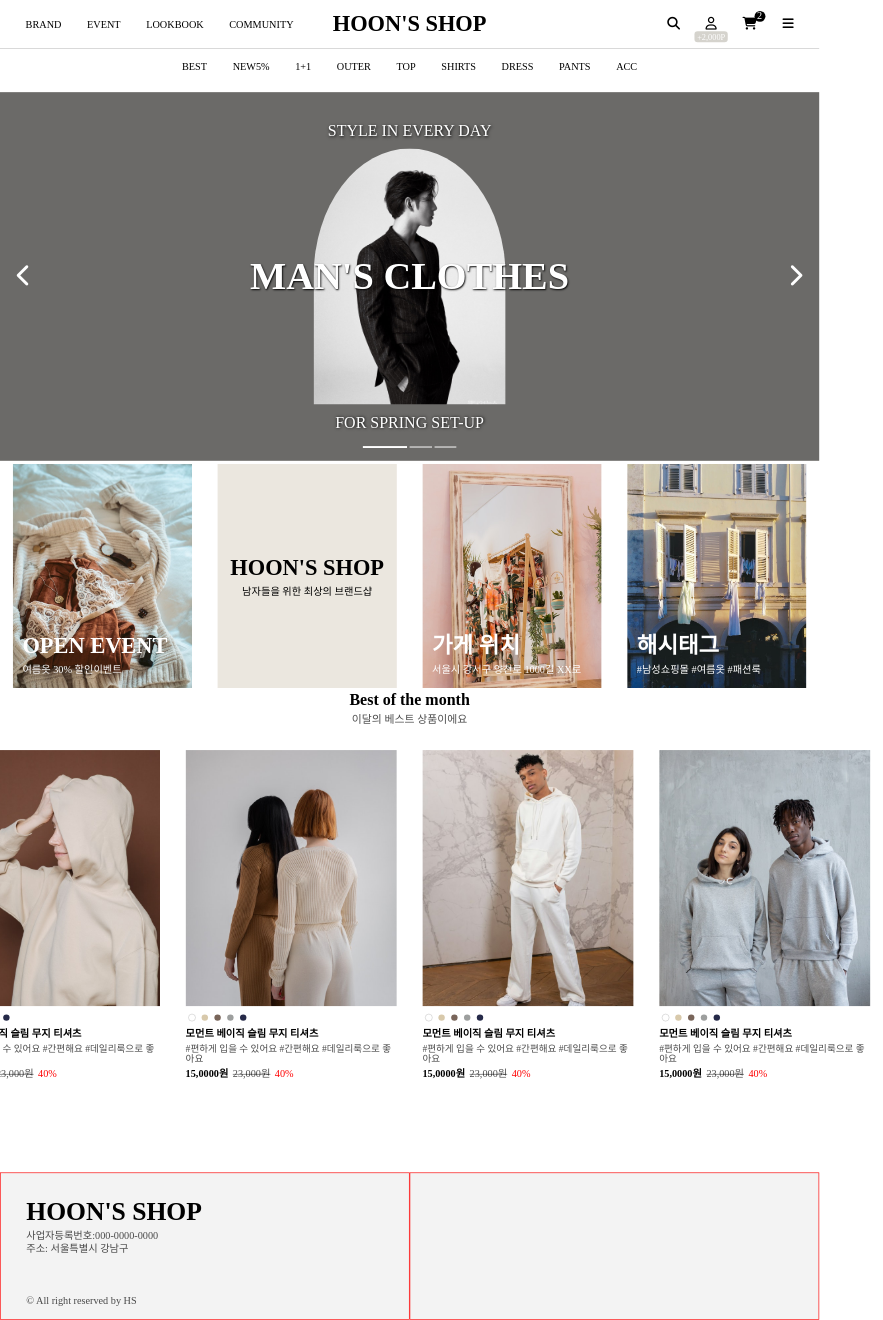
Repository: Iimchaehoon/cafeProject
Page: src/index.html
The author's editor kept a copy of each file at every save. The page is drawn from the files as they stood at one save, then again after the next save.
The browser window is 1280 px wide. The page is 1380 px wide, so the pictures cover 1380 px, including what lies to the right of the window. The pictures show the whole page, at 64% of full size.
Some web fonts or font styles are not loaded; a fallback is used. Some web libraries are served in a nearby version.

Above is the page before, as saved 2024-07-24 23:29:40.

### src/index.html
<!DOCTYPE html>
<html lang="en">
  <head>
    <meta charset="UTF-8" />
    <meta name="viewport" content="width=device-width, initial-scale=1.0" />
    <link rel="shortcut icon" href="/assets/cafefav.png" type="image/x-icon" />

    <link rel="stylesheet" href="/src/css/pages/main.css" />
    <title>cafe24_clone</title>
    <script
      src="https://kit.fontawesome.com/1e606f2a97.js"
      crossorigin="anonymous"
    ></script>
  </head>
  <body>
    <!--header-->
    <header class="header">
      <div class="header__top">
        <nav class="header__nav-box">
          <ul class="header__list-box">
            <li class="header__content">BRAND</li>
            <li class="header__content">EVENT</li>
            <li class="header__content">LOOKBOOK</li>
            <li class="header__content">COMMUNITY</li>
          </ul>
        </nav>
        <h1 class="header__title">HOON'S SHOP</h1>
        <ul class="header__menu">
          <li class="header__content">
            <i class="fa-solid fa-magnifying-glass fa-lg"></i>
          </li>
          <li class="header__content header__content--badge-price">
            <div class="header__price-badge"><span>+2,000P</span></div>
            <i class="fa-regular fa-user fa-lg"></i>
          </li>
          <li class="header__content header__content--badge-box">
            <div class="header__cart-badge"><span>2</span></div>
            <i class="fa-solid fa-cart-shopping fa-lg"></i>
          </li>
          <li class="header__content">
            <i class="fa-solid fa-bars fa-lg"></i>
          </li>
        </ul>
      </div>

      <div class="header__bottom">
        <ul class="header__category">
          <li class="header__content">BEST</li>
          <li class="header__content">NEW5%</li>
          <li class="header__content">1+1</li>
          <li class="header__content">OUTER</li>
          <li class="header__content">TOP</li>
          <li class="header__content">SHIRTS</li>
          <li class="header__content">DRESS</li>
          <li class="header__content">PANTS</li>
          <li class="header__content">ACC</li>
        </ul>
      </div>
    </header>
    <!-- main  -->
    <main class="main">
      <section class="main__slider">
        <h2 class="main__slider-title">MAN'S CLOTHES</h2>
        <span class="main__slider-btn"
          ><i class="fa-solid fa-chevron-left fa-xl"></i
        ></span>

        <div class="main__slider-container">
          <span class="main__slider-text">STYLE IN EVERY DAY</span>
          <div class="main__slider-image-container">
            <img
              class="main__slider-image"
              src="/assets/main-slider.jpg"
              alt="main-slider_img"
            />
          </div>
          <span class="main__slider-text">FOR SPRING SET-UP</span>
        </div>

        <span class="main__slider-btn"
          ><i class="fa-solid fa-chevron-right fa-xl"></i
        ></span>
        <div class="main__progress-bar">
          <div
            class="main__progress-bar-item main__progress-bar-item--visible"
          ></div>
          <div
            class="main__progress-bar-item main__progress-bar-item--invisible"
          ></div>
          <div
            class="main__progress-bar-item main__progress-bar-item--invisible"
          ></div>
        </div>
      </section>
    </main>
    <!-- section -->
    <section class="main__introduction">
      <div class="main__intro-container-img">
        <img class="main__intro-image" src="/assets/intro-01.jpg" alt="" />
        <div class="main__intro-text-container">
          <h2 class="main__intro-title">OPEN EVENT</h2>
          <span class="main__intro-description">여름옷 30% 할인이벤트</span>
        </div>
      </div>
      <div class="main__intro-container">
        <h2 class="main__intro-title main__intro-title-black">HOON'S SHOP</h2>
        <span class="main__intro-description main__intro-description-black"
          >남자들을 위한 최상의 브랜드샵</span
        >
      </div>
      <div class="main__intro-container-img">
        <img class="main__intro-image" src="/assets/intro-02.jpg" alt="" />

        <div class="main__intro-text-container">
          <h2 class="main__intro-title">가게 위치</h2>
          <span class="main__intro-description"
            >서울시 강서구 양천로 1000길 XX로</span
          >
        </div>
      </div>
      <div class="main__intro-container-img">
        <img class="main__intro-image" src="/assets/intro-03.jpg" alt="" />

        <div class="main__intro-text-container">
          <h2 class="main__intro-title">해시태그</h2>
          <span class="main__intro-description"
            >#남성쇼핑몰 #여름옷 #패션룩</span
          >
        </div>
      </div>
    </section>
    <!-- section2 -->
    <section class="main__product-list">
      <h3 class="main__product-list-title">Best of the month</h3>
      <span class="main__product-list-sub-title">이달의 베스트 상품이에요</span>
      <div class="main__product-list-sub-container">
        <article class="main__product-list-article">
          <div class="main__article-img-container">
            <img class="main__article-img" src="/assets/best-01.jpg" />
          </div>
          <div class="main__article-container">
            <div
              class="main__article-color-item main__article-color-item--01"
            ></div>
            <div
              class="main__article-color-item main__article-color-item--02"
            ></div>
            <div
              class="main__article-color-item main__article-color-item--03"
            ></div>
            <div
              class="main__article-color-item main__article-color-item--04"
            ></div>
            <div
              class="main__article-color-item main__article-color-item--05"
            ></div>
          </div>
          <div class="main__article-container">
            <h4 class="main__article-product-name">
              모먼트 베이직 슬림 무지 티셔츠
            </h4>
          </div>
          <div class="main__article-container">
            <span class="main__article-product-description">
              #편하게 입을 수 있어요 #간편해요 #데일리룩으로 좋아요
            </span>
          </div>
          <div class="main__article-container">
            <span class="main__article-total-price">15,0000원</span>
            <small class="main__article-previous-price">23,000원</small>
            <span class="main__article-discount-rate">40%</span>
          </div>
        </article>
        <article class="main__product-list-article">
          <div class="main__article-img-container">
            <img class="main__article-img" src="/assets/best-02.jpg" />
          </div>
          <div class="main__article-container">
            <div
              class="main__article-color-item main__article-color-item--01"
            ></div>
            <div
              class="main__article-color-item main__article-color-item--02"
            ></div>
            <div
              class="main__article-color-item main__article-color-item--03"
            ></div>
            <div
              class="main__article-color-item main__article-color-item--04"
            ></div>
            <div
              class="main__article-color-item main__article-color-item--05"
            ></div>
          </div>
          <div class="main__article-container">
            <h4 class="main__article-product-name">
              모먼트 베이직 슬림 무지 티셔츠
            </h4>
          </div>
          <div class="main__article-container">
            <span class="main__article-product-description">
              #편하게 입을 수 있어요 #간편해요 #데일리룩으로 좋아요
            </span>
          </div>
          <div class="main__article-container">
            <span class="main__article-total-price">15,0000원</span>
            <small class="main__article-previous-price">23,000원</small>
            <span class="main__article-discount-rate">40%</span>
          </div>
        </article>
        <article class="main__product-list-article">
          <div class="main__article-img-container">
            <img class="main__article-img" src="/assets/best-04.jpg" />
          </div>
          <div class="main__article-container">
            <div
              class="main__article-color-item main__article-color-item--01"
            ></div>
            <div
              class="main__article-color-item main__article-color-item--02"
            ></div>
            <div
              class="main__article-color-item main__article-color-item--03"
            ></div>
            <div
              class="main__article-color-item main__article-color-item--04"
            ></div>
            <div
              class="main__article-color-item main__article-color-item--05"
            ></div>
          </div>
          <div class="main__article-container">
            <h4 class="main__article-product-name">
              모먼트 베이직 슬림 무지 티셔츠
            </h4>
          </div>
          <div class="main__article-container">
            <span class="main__article-product-description">
              #편하게 입을 수 있어요 #간편해요 #데일리룩으로 좋아요
            </span>
          </div>
          <div class="main__article-container">
            <span class="main__article-total-price">15,0000원</span>
            <small class="main__article-previous-price">23,000원</small>
            <span class="main__article-discount-rate">40%</span>
          </div>
        </article>
        <article class="main__product-list-article">
          <div class="main__article-img-container">
            <img class="main__article-img" src="/assets/best-05.jpg" />
          </div>
          <div class="main__article-container">
            <div
              class="main__article-color-item main__article-color-item--01"
            ></div>
            <div
              class="main__article-color-item main__article-color-item--02"
            ></div>
            <div
              class="main__article-color-item main__article-color-item--03"
            ></div>
            <div
              class="main__article-color-item main__article-color-item--04"
            ></div>
            <div
              class="main__article-color-item main__article-color-item--05"
            ></div>
          </div>
          <div class="main__article-container">
            <h4 class="main__article-product-name">
              모먼트 베이직 슬림 무지 티셔츠
            </h4>
          </div>
          <div class="main__article-container">
            <span class="main__article-product-description">
              #편하게 입을 수 있어요 #간편해요 #데일리룩으로 좋아요
            </span>
          </div>
          <div class="main__article-container">
            <span class="main__article-total-price">15,0000원</span>
            <small class="main__article-previous-price">23,000원</small>
            <span class="main__article-discount-rate">40%</span>
          </div>
        </article>
      </div>
    </section>
    <footer class="footer">
      <div class="footer_sub-box">
        <span class="footer_title">HOON'S SHOP</span>
        <small class="footer_text">사업자등록번호:000-0000-0000</small>
        <small class="footer_text">주소: 서울특별시 강남구</small>
        <small class="footer_text footer_copy-right"
          >&copy; All right reserved by HS</small
        >
      </div>
      <div class="footer_sub-box"></div>
    </footer>
  </body>
</html>

### src/css/pages/main.css
@import "../reset.css";
@import "../common.css";
@import "../components/header.css";
@import "../slider.css";
@import "../intro.css";
@import "../components/product-list.css";
@import "../components/footer.css";

### src/css/common.css
@import url("https://fonts.googleapis.com/css2?family=Nanum+Gothic&family=Nanum+Myeongjo&display=swap");
body {
  font-family: "Nanum Myeongjo", serif;
  margin: 0;
  padding: 0;
  box-sizing: border-box;
  padding-bottom: 300px;
  position: relative;
}
ul {
  margin: 0;
}

### src/css/components/header.css
.header {
  height: 20vh;
}
.header__top {
  display: flex;
  justify-content: space-between;
  padding: 20px;
  border-bottom: 1px solid rgba(0, 0, 0, 0.2);
}
.header__nav-box {
  width: 33%;
}
.header__title {
  width: 33%;
  font-size: 35px;
  font-weight: 550;
  text-align: center;
}

.header__list-box {
  display: flex;

  height: 100%;
  align-items: center;
}
.header__menu {
  display: flex;
  align-items: center;
  justify-content: flex-end;

  width: 33%;
}
.header__content {
  margin: 0 20px;
}
/* 아래헤더 */
.header__category {
  display: flex;
  justify-content: center;
  padding: 20px 0;
}
.header__cart-badge {
  background-color: black;
  display: flex;
  justify-content: center;
  align-items: center;
  border-radius: 100%;
  width: 13px;
  height: 13px;
  padding: 2px;
  position: absolute;
  top: -13px;
  right: -13px;
}
.header__content--badge-box {
  position: relative;
}
.header__cart-badge span {
  color: white;
}
.header__content--badge-price {
  position: relative;
}
.header__price-badge {
  background-color: #d5d3cd;
  color: white;
  display: flex;
  justify-content: center;
  align-items: center;
  font-size: 13px;
  border-radius: 5px;
  padding: 2px 4px;
  position: absolute;
  left: 50%;
  transform: translateX(-50%);
  bottom: -20px;
}

### src/css/slider.css
.main__slider {
  display: flex;
  justify-content: space-between;
  align-items: center;
  padding: 30px;
  background-color: #6b6a68;
  position: relative;
  height: 80vh;
  box-sizing: border-box;
}

.main__slider-btn {
  transform: scale(1.5);
  color: white;
}

.main__slider-text {
  color: white;
  font-size: 25px;
  text-shadow: 1px 1px 5px black;
}

.main__slider-container {
  display: flex;
  flex-direction: column;
  align-items: center;
}
.main__slider-image-container {
  width: 300px;
  height: 400px;

  border-top-left-radius: 50%;
  border-top-right-radius: 50%;

  overflow: hidden;
  margin: 15px 0;
}
.main__slider-image {
  width: 100%;
  height: 100%;
  object-fit: cover;
}
.main__slider-title {
  color: white;
  font-weight: 600;
  font-size: 60px;
  text-shadow: 1px 1px 3px black;
  position: absolute;
  top: 50%;
  left: 50%;
  transform: translate(-50%, -50%);
}
.main__progress-bar {
  width: 150px;
  height: 3px;

  position: absolute;
  bottom: 20px;
  left: 50%;
  transform: translateX(-50%);
  display: flex;
}
.main__progress-bar-item {
  height: 100%;
  background-color: white;
  margin: 0 2px;
}
.main__progress-bar-item--visible {
  width: 50%;
}
.main__progress-bar-item--invisible {
  width: 25%;
  opacity: 0.5;
}

### src/css/intro.css
.main__introduction {
  display: flex;
  justify-content: center;
  align-items: center;
  height: 50vh;
}
.main__intro-container-img,
.main__intro-container {
  width: 350px;
  height: 350px;
  overflow: hidden;
  margin: 0 20px;
}
.main__intro-container {
  display: flex;
  flex-direction: column;
  justify-content: center;
  align-items: center;
  background-color: #ebe7df;
}
.main__intro-image {
  width: 100%;
  height: 100%;
  object-fit: cover;
}

.main__intro-container-img {
  position: relative;
}
.main__intro-text-container {
  position: absolute;
  bottom: 20px;
  left: 15px;
}
.main__intro-title {
  color: white;
  font-size: 35px;
  font-weight: 600;
  margin-bottom: 12px;
}
.main__intro-description {
  color: white;
}
.main__intro-title-black {
  color: black;
}
.main__intro-description-black {
  color: black;
}

### src/css/components/product-list.css
.main__product-list {
  display: flex;
  flex-direction: column;
  align-items: center;
}
.main__product-list-title {
  font-size: 25px;
  font-weight: 600;
  margin-bottom: 10px;
}
.main__product-list-sub-title {
  font-size: 17px;
  color: rgba(0, 0, 0, 0.7);
}
.main__product-list-sub-container {
  display: flex;
  margin: 40px 0;
}
.main__product-list-article {
  width: 330px;
  height: 550px;
  overflow: hidden;
  margin: 0 20px;
}
.main__article-img-container {
  width: 100%;
  height: 400px;
}
.main__article-img {
  width: 100%;
  height: 100%;
  object-fit: cover;
}
.main__article-container {
  display: flex;
  margin: 8px 0;
}
.main__article-color-item {
  width: 10px;
  height: 10px;
  border-radius: 100%;

  margin: 5px;
}
.main__article-color-item--01 {
  outline: 1px solid rgba(0, 0, 0, 0.2);
}
.main__article-color-item--02 {
  background-color: #d8c9ab;
}
.main__article-color-item--03 {
  background-color: #79655a;
}
.main__article-color-item--04 {
  background-color: #9d9f9e;
}
.main__article-color-item--05 {
  background-color: #262a49;
}
.main__article-product-name {
  font-weight: 600;
}
.main__article-product-description {
  font-size: 15px;
  color: rgba(0, 0, 0, 0.7);
}
.main__article-total-price {
  font-weight: 600;
  margin-right: 7px;
}
.main__article-previous-price {
  color: rgba(0, 0, 0, 0.7);
  text-decoration: line-through;
  margin-right: 7px;
}
.main__article-discount-rate {
  color: red;
}

### src/css/components/footer.css
.footer {
  position: absolute;
  bottom: 0;
  height: 230px;
  width: 100%;
  background-color: #f1f1f1d6;
  display: flex;
}

.footer_sub-box {
  width: 50%;
  height: 100%;
  display: flex;
  flex-direction: column;
  padding: 40px;
  border: 1px solid red;
  box-sizing: border-box;
}
.footer_copy-right {
  position: relative;
  bottom: -60px;
}

.footer_title {
  font-size: 40px;
  font-weight: 600;
  margin-bottom: 10px;
}
.footer_text {
  color: rgba(0, 0, 0, 0.7);
  margin-bottom: 5px;
}
.footer__social-box {
  flex-direction: row;
  justify-content: flex-end;
}

Loaded but not shown: src/css/reset.css (common file)

After the next save:
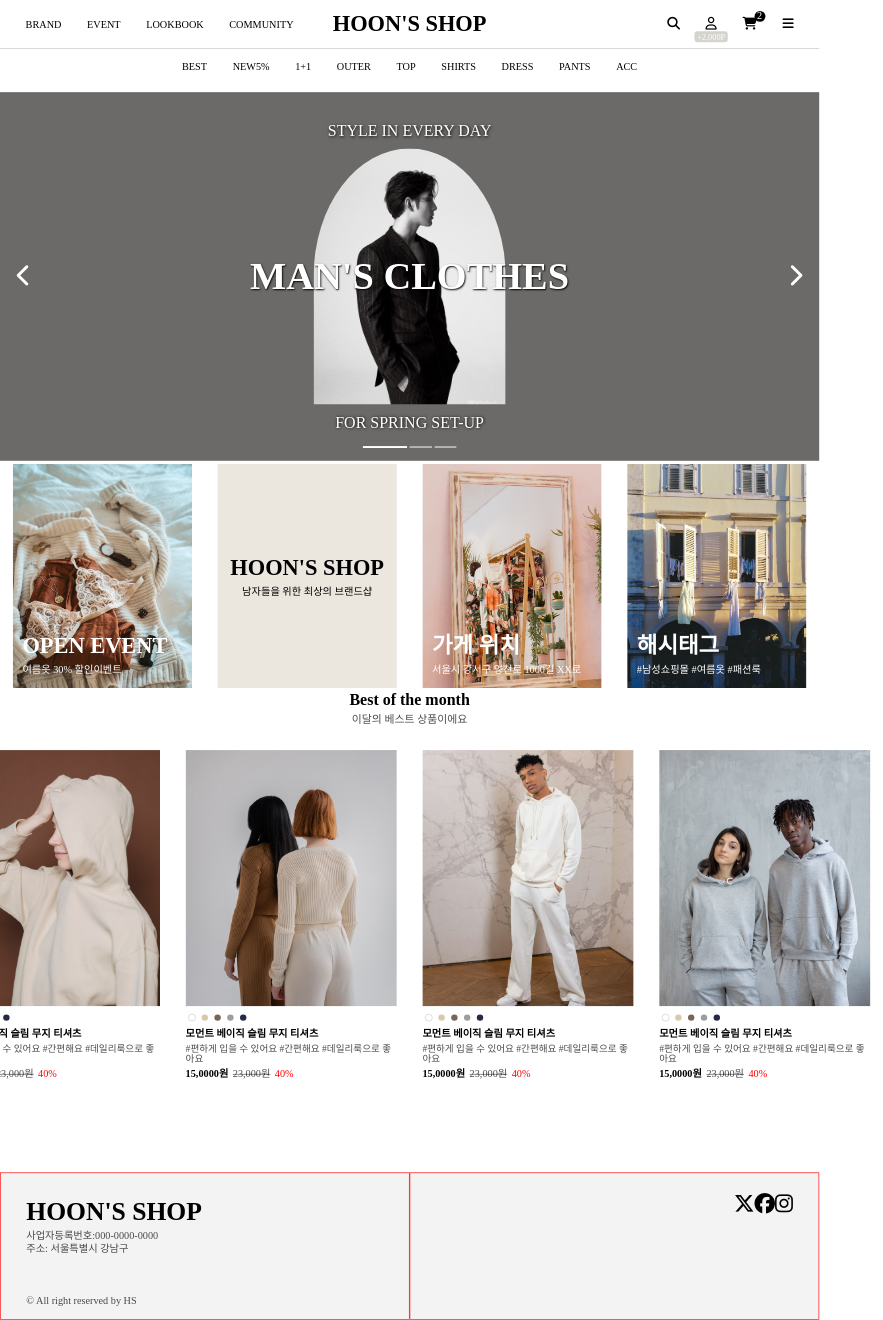
Saved 2 min 9 s later.
--- a/src/index.html
+++ b/src/index.html
@@ -293,7 +293,17 @@
           >&copy; All right reserved by HS</small
         >
       </div>
-      <div class="footer_sub-box"></div>
+      <div class="footer_sub-box footer__social-box">
+        <span>
+          <i class="fa-brands fa-x-twitter fa-2xl"></i>
+        </span>
+        <span>
+          <i class="fa-brands fa-facebook fa-2xl"></i>
+        </span>
+        <span>
+          <i class="fa-brands fa-instagram fa-2xl"></i>
+        </span>
+      </div>
     </footer>
   </body>
 </html>
